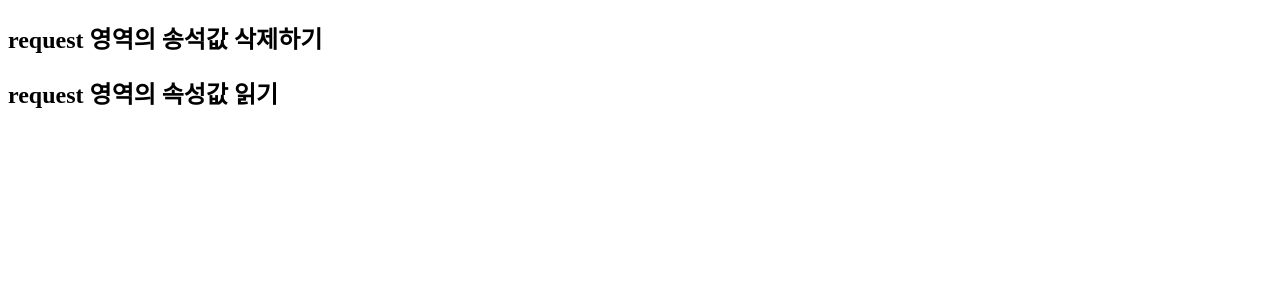
Repository: jjunyuongv/JSP_Servlet
Page: http://localhost/MustHHaveJSP/03Scope/RequestMain.jsp
An editor plug-in stored every save of this project. The page is shown before and after the next save, followed by the edit.
The browser window is 1280 px wide. The pictures show the whole page.
The page is served by Tomcat 10. Other server files are loaded and not shown.

Above is the page before, as saved 2025-05-07 02:54:30.

### MustHHaveJSP/src/main/webapp/03Scope/RequestMain.jsp
<%@page import="common.Person"%>
<%@ page language="java" contentType="text/html; charset=UTF-8"
    pageEncoding="UTF-8"%>
<%
request.setAttribute("requestString", "request 영역의 문자열");
request.setAttribute("requestPerson", new Person("안중근", 31));
%>
<!DOCTYPE html>
<html>
	<head>
	<meta charset="UTF-8">
	<title>Insert title here</title>
	</head>
	<body>
		<h2>request 영역의 송석값 삭제하기</h2>
		<%
			request.removeAttribute("requsetString");
			request.removeAttribute("requsetInteger");
		%>
		<h2>request 영역의 속성값 읽기</h2>
	</body>
</html>

### MustHHaveJSP/src/main/java/common/Person.java
package common;

public class Person
{
	private String name;
	private int age;

	public Person() {}

	public Person(String name, int age)
	{
		super();
		this.name = name;
		this.age = age;
	}

	public String getName()
	{
		return name;
	}

	public void setName(String name)
	{
		this.name = name;
	}

	public int getAge()
	{
		return age;
	}

	public void setAge(int age)
	{
		this.age = age;
	}
}

After the next save:
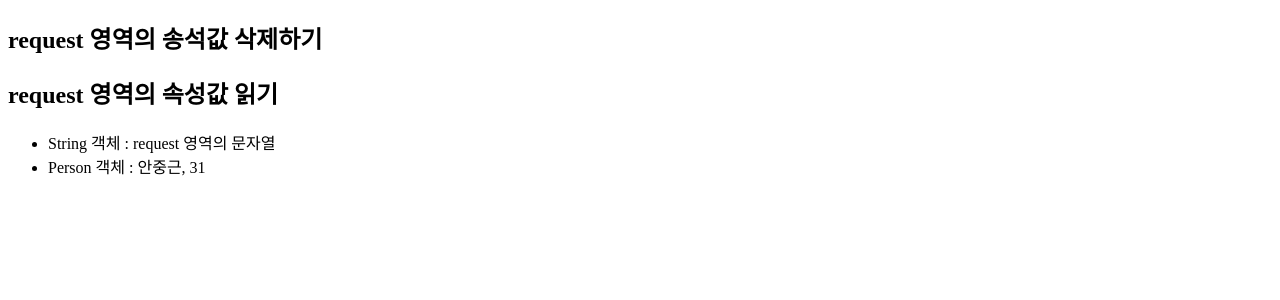
Saved 2 min 35 s later.
--- a/MustHHaveJSP/src/main/webapp/03Scope/RequestMain.jsp
+++ b/MustHHaveJSP/src/main/webapp/03Scope/RequestMain.jsp
@@ -18,5 +18,13 @@ request.setAttribute("requestPerson", new Person("안중근", 31));
 			request.removeAttribute("requsetInteger");
 		%>
 		<h2>request 영역의 속성값 읽기</h2>
+		<%
+		Person rPerson = (Person)(request.getAttribute("requestPerson"));
+		%>
+		<ul>
+			<li>String 객체 : <%= request.getAttribute("requestString") %></li>
+			<li>Person 객체 : <%= rPerson.getName() %>, <%= rPerson.getAge() %></li>
+		</ul>
+
 	</body>
 </html>
